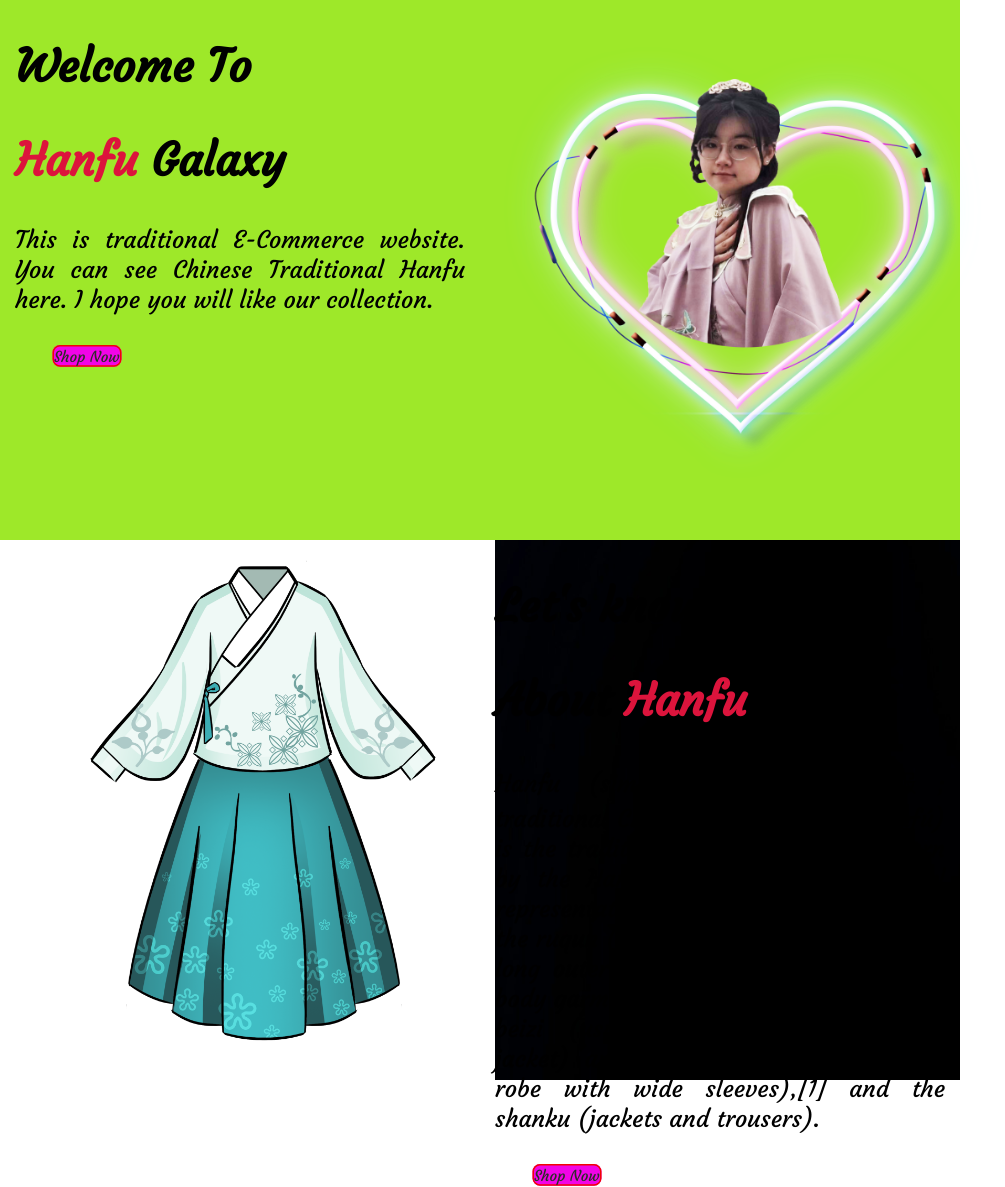
Repository: ramizraaz/E-Commerce
Page: index.html
An editor plug-in stored every save of this project. The page is shown before and after the next save, followed by the edit.
The browser window is 1280 px wide. The page is 1340 px wide, so the pictures cover 1340 px, including what lies to the right of the window. The pictures show the whole page, at 75% of full size.

Above is the page before, as saved 2022-02-06 21:32:15.

After the next save:
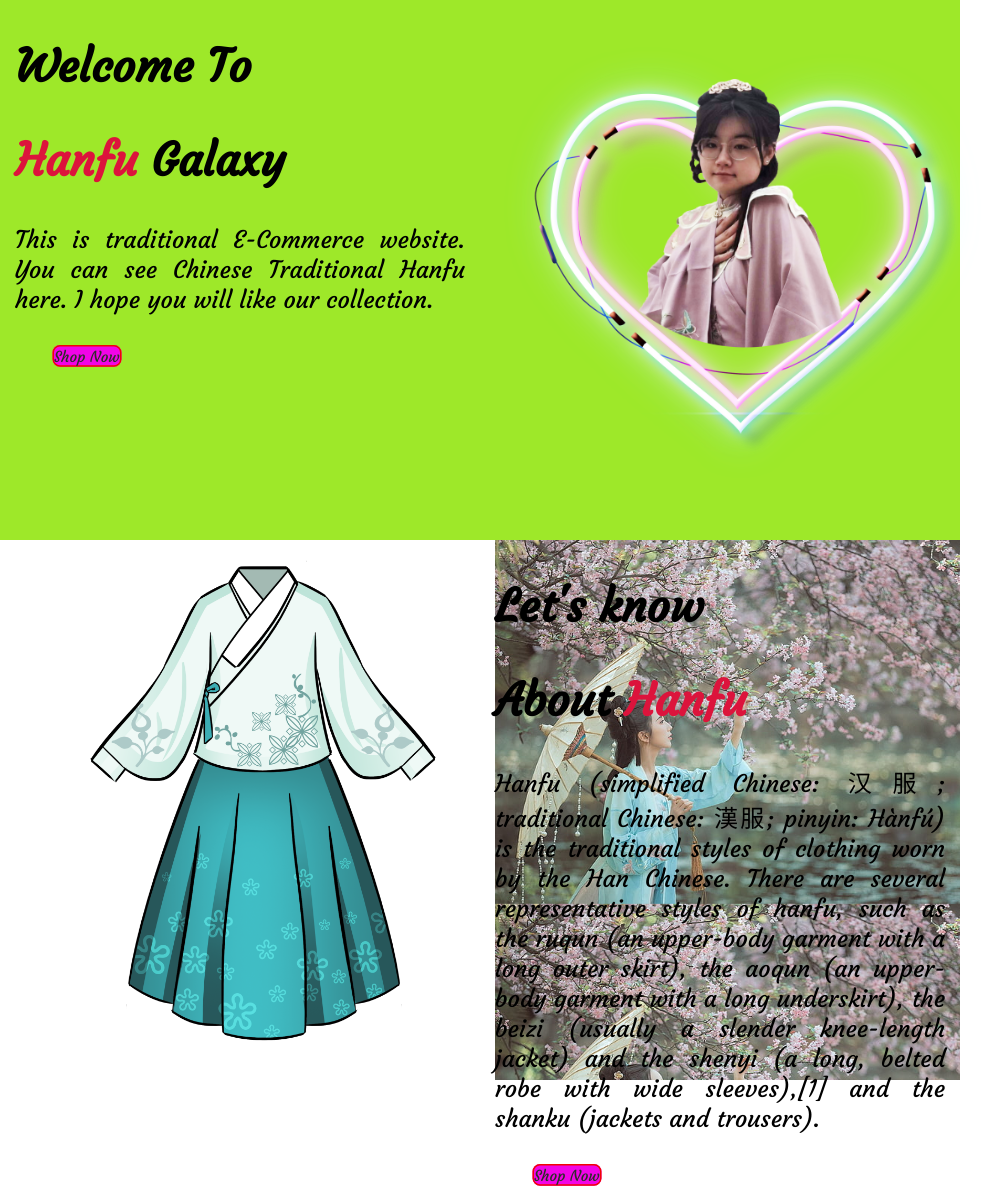
Saved 22 s later.
--- a/main.css
+++ b/main.css
@@ -52,6 +52,6 @@ a {
 }
 
 .mid-img {
-    background-image: url(./images/pexels-designecologist-887349.jpg);
+    background-image: url(./images/mid-bg.jpg);
     background-repeat: initial;
 }
